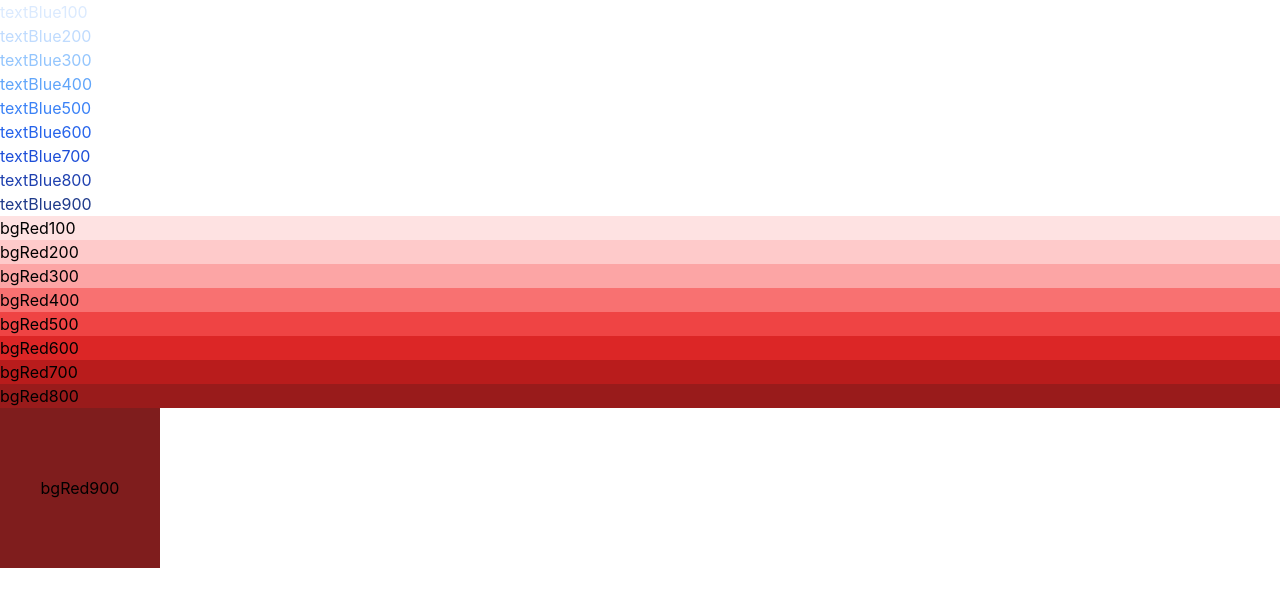
Repository: wogml3270/react-test-server
Page: /
These files come from the project's save history. The page is drawn as it stood at one moment and after the next save; the edit follows.
The browser window is 1280 px wide. The pictures show the whole page.
The project was rebuilt for these pictures with package versions that can differ from the ones it lists, and the page was loaded fresh each time. Also part of the build but not shown: src/App.css.

Above is the page before, as saved 2022-08-04 20:35:19.

After the next save:
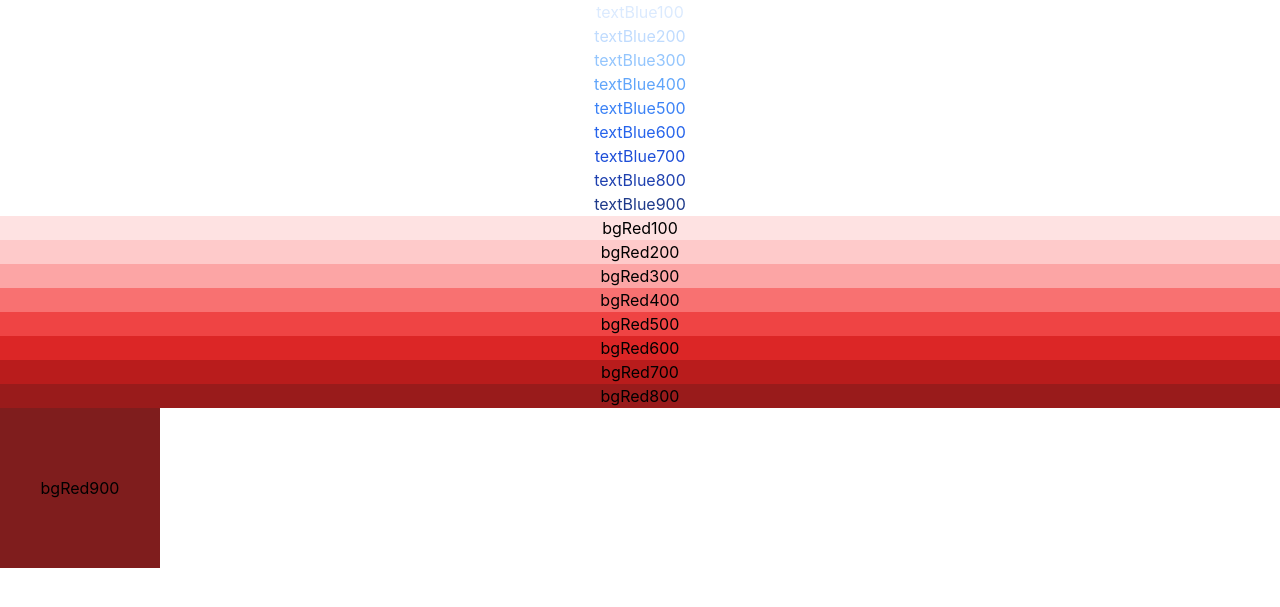
Saved 34 min 23 s later.
--- a/src/App.js
+++ b/src/App.js
@@ -4,7 +4,7 @@
 function App() {
   return (
     <>
-      <div className="">
+      <div className="text-center">
         <h1 className="text-blue-100">textBlue100</h1>
         <h1 className="text-blue-200">textBlue200</h1>
         <h1 className="text-blue-300">textBlue300</h1>

After the save that followed:
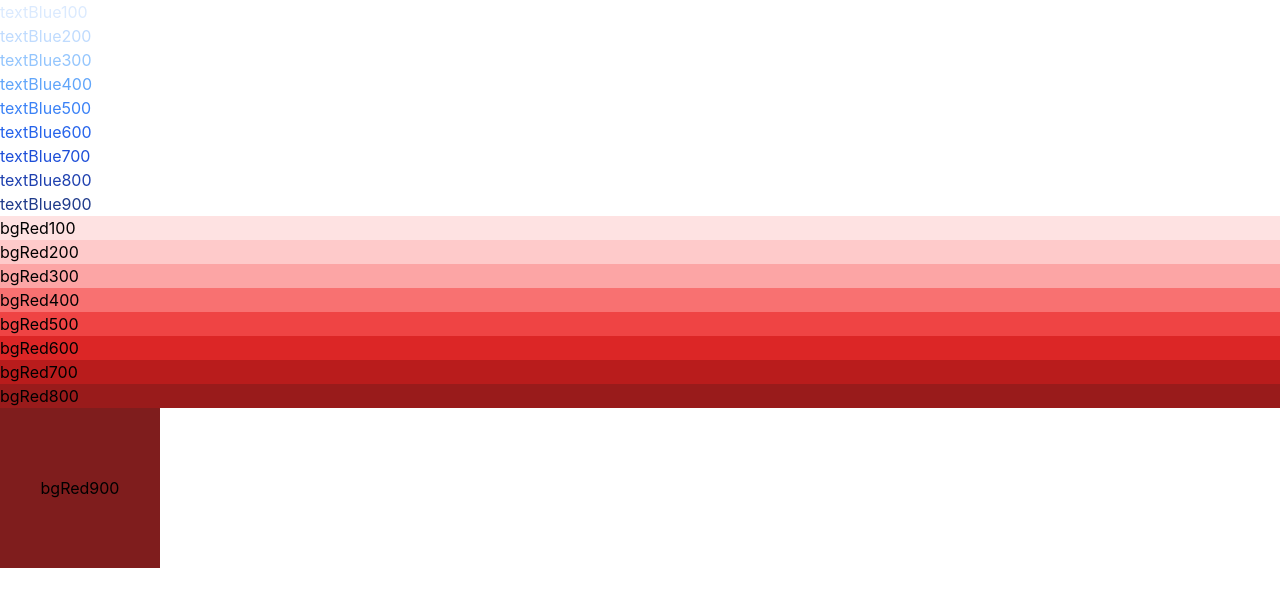
Saved 11 s later.
--- a/src/App.js
+++ b/src/App.js
@@ -4,7 +4,7 @@
 function App() {
   return (
     <>
-      <div className="text-center">
+      <div className="">
         <h1 className="text-blue-100">textBlue100</h1>
         <h1 className="text-blue-200">textBlue200</h1>
         <h1 className="text-blue-300">textBlue300</h1>
